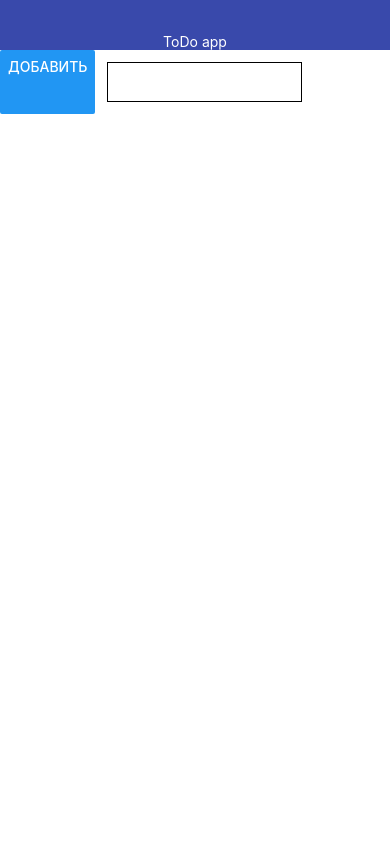
Repository: saint-fons/React-Native-Expo-TypeScript-Hooks
Screen: /, after clicking the first element matching `button.css-view-175oi2r`
The author's editor kept a copy of each file at every save. The screen is drawn from the files as they stood at one save, then again after the next save.
The app was drawn by React Native's web renderer in a window 390 px wide. The project was rebuilt for these pictures with package versions that can differ from the ones it lists, and the page was loaded fresh each time.

Above is the screen before, as saved 2021-07-26 17:26:19.

After the next save:
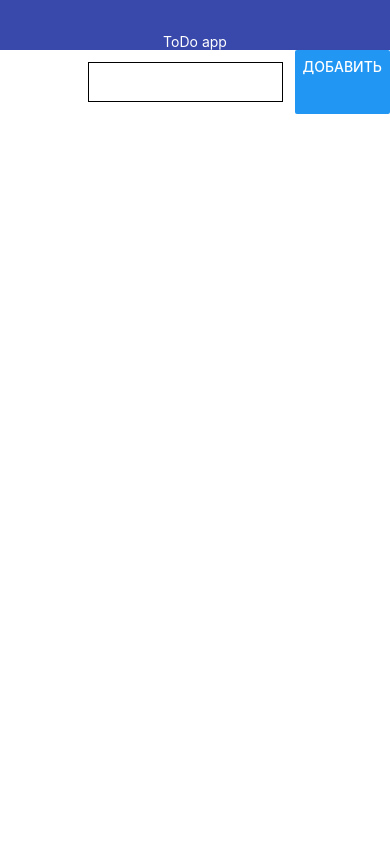
Saved 2 min 48 s later.
--- a/components/AddTodo.tsx
+++ b/components/AddTodo.tsx
@@ -18,7 +18,7 @@ const AddTodo: FC<any> = ({ }) => {
 
 const styles = StyleSheet.create({
     block: {
-        flexDirection: 'row'
+        flexDirection: 'row-reverse'
     },
     styleButton: {
         width: "50%"
